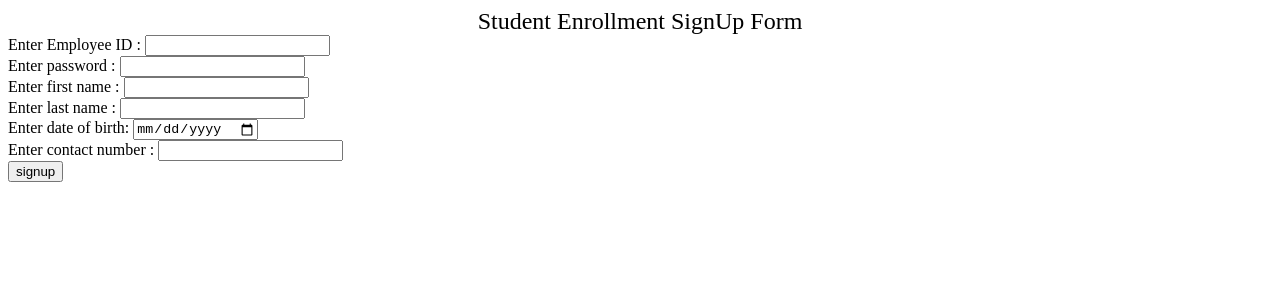
Repository: adarshsingh011/demoapp
Page: http://localhost/demoapp/signup.jsp
The author's editor kept a copy of each file at every save. The page is drawn from the files as they stood at one save, then again after the next save.
The browser window is 1280 px wide. The pictures show the whole page.
The page is served by Tomcat 10. Other server files are loaded and not shown.

Above is the page before, as saved 2022-03-17 08:54:50.

### demoapp/src/main/webapp/signup.jsp
<%@ page language="java" contentType="text/html; charset=ISO-8859-1"
    pageEncoding="ISO-8859-1"%>
<!DOCTYPE html>
<html>
<head>
<meta charset="ISO-8859-1">
<title>Insert title here</title>
</head>
<body>
	<center><font size="+2">Student Enrollment SignUp Form</font></center>
	<form action="Signup" method= "post">
			Enter Employee ID : <input type="text" name="uname" required><br>
			Enter password : <input type="password" name="pass"required><br>
			Enter first name : <input type="text" name="fname"><br>
			Enter last name : <input type="text" name="lname"><br>
			Enter date of birth: <input type="date" name="dob"><br>
			Enter contact number : <input type="text" name="contact"><br>
			<input type="submit" value="signup">


	</form>
</body>
</html>

After the next save:
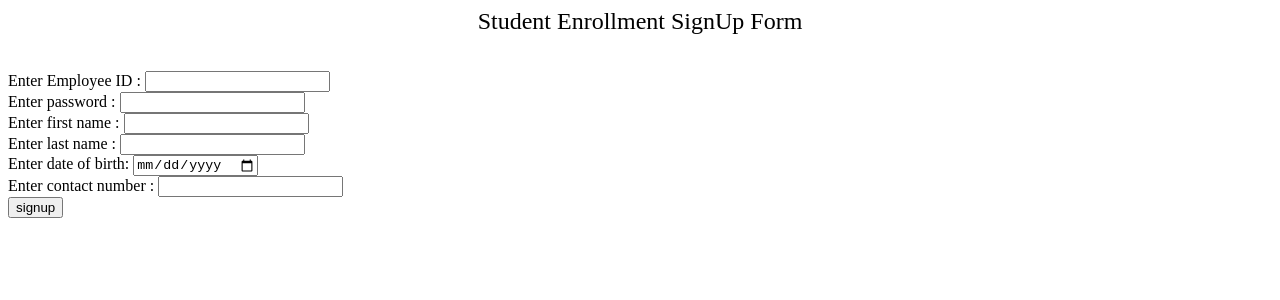
Saved 118 s later.
--- a/demoapp/src/main/webapp/signup.jsp
+++ b/demoapp/src/main/webapp/signup.jsp
@@ -7,7 +7,7 @@
 <title>Insert title here</title>
 </head>
 <body>
-	<center><font size="+2">Student Enrollment SignUp Form</font></center>
+	<center><font size="+2">Student Enrollment SignUp Form</font></center><br><br>
 	<form action="Signup" method= "post">
 			Enter Employee ID : <input type="text" name="uname" required><br>
 			Enter password : <input type="password" name="pass"required><br>
